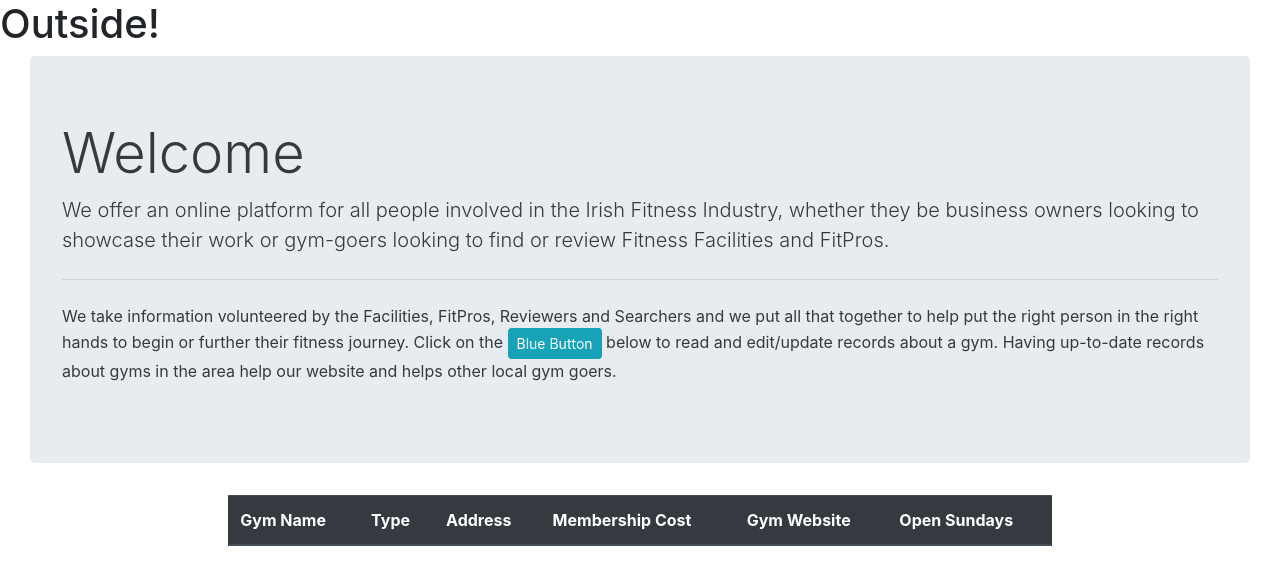
Repository: cgaynor91/Working_It_Out
Page: http://localhost/
The author's editor kept a record of every edit. The page is drawn from the files as they stood at one moment, then again after a run of edits.
The browser window is 1280 px wide. The pictures show the whole page.
Some web libraries are served in a nearby version. The page is served by the project's application, run on Flask 3 (app.py). Queries for data that is not in the repository find no rows.

Above is the page before.

### templates/home.html
{% extends 'base.html'%} {% block content %}

<div class="container-fluid">

 <div class="row-welcome justify-content-center">
  <div class="col-12 text-dark">
   <div class="jumbotron">
    <h1 class="display-4">Welcome</h1>
    <p class="lead">We offer an online platform for all people involved in the Irish Fitness Industry, whether they be business owners looking to showcase their work or gym-goers looking to find or review Fitness Facilities and FitPros.</p>
    <hr class="my-4">
    <p>We take information volunteered by the Facilities, FitPros, Reviewers and Searchers and we put all that together to help put the right person in the right hands to begin or further their fitness journey. Click on the <button type="button" class="btn btn-info btn-sm">Blue Button</button>     below to read and edit/update records about a gym. Having up-to-date records about gyms in the area help our website and helps other local gym goers.</p>
   </div>
  </div>
 </div>



 <!-- Table of gym Data -->
 <div class="row justify-content-center">
  <div class="col-12 col-md-8 table-responsive table-data">
   <table class="table table-hover">
    <thead class="thead-dark">
     <tr>
      <th scope="col">Gym Name</th>
      <th scope="col">Type</th>
      <th scope="col">Address</th>
      <th scope="col">Membership Cost</th>
      <th scope="col">Gym Website</th>
      <th scope="col">Open Sundays</th>
     </tr>
    </thead>
    <tbody>

     {% for gym in gyms %}
     <tr>
      <td><a class="btn btn-info btn-sm" href="{{url_for('edit_gym', gym_id=gym._id)}}" role="button">{{gym.gym_name}}</a></td>
      <td>{{gym.gym_type}}</td>
      <td>{{gym.gym_address}}</td>
      <td>{{gym.cost}}</td>
      <td>{{gym.gym_url}}</td>
      <td>{{gym.open_sunday}}</td>
     </tr>
     {% endfor %}
    </tbody>
   </table>

  </div>
  {% endblock %}

### templates/base.html
<!DOCTYPE html>
<html>

<head>
    <link rel="stylesheet" href="https://stackpath.bootstrapcdn.com/bootstrap/4.4.1/css/bootstrap.min.css">
    <link rel="stylesheet" href="https://cdnjs.cloudflare.com/ajax/libs/font-awesome/5.12.0/css/all.min.css"/>
</head>

<body>
    <h1>Outside!</h1>
    {% block content %} {% endblock %}



    <script src="https://code.jquery.com/jquery-3.4.1.slim.min.js"></script>
    <script src="https://cdn.jsdelivr.net/npm/popper.js@1.16.0/dist/umd/popper.min.js"></script>
    <script src="https://stackpath.bootstrapcdn.com/bootstrap/4.4.1/js/bootstrap.min.js"></script>
</body>

</html>

### app.py
import os
from flask import Flask, render_template, redirect, request, url_for
from flask_pymongo import PyMongo
from bson.objectid import ObjectId

app = Flask(__name__)
app.config["MONGO_DBNAME"] = 'working_it_out'
app.config["MONGO_URI"] = os.getenv('MONGO_URI', 'mongodb+srv://root:adminpass@myfirstcluster-ikccs.mongodb.net/working_it_out?retryWrites=true&w=majority')

mongo = PyMongo(app)


@app.route('/')
@app.route('/get_gyms')
def get_gyms():
    return render_template("home.html", gyms=mongo.db.gyms.find())

@app.route("/about")
def about():
    return render_template("about.html")

# ADD_RIVER page:

@app.route("/add_new_gym")
def add_new_gym():
    return render_template("add_gym.html")

# This function POSTs the input data from the user, to the database:

@app.route("/insert_gym", methods=['POST'])
def insert_gym():
    river = mongo.db.gyms
    river.insert_one(request.form.to_dict())
    return redirect(url_for('get_gym_names'))


# Allows user to update information about a gym

@app.route("/edit_gym/<gym_id>")
def edit_gym(gym_id):
    the_gym = mongo.db.gyms.find_one({"_id": ObjectId(gym_id)})
    return render_template("update_gym.html", gym=the_gym)



if __name__ == '__main__':
    app.run(host=os.environ.get('IP'),
            port=int(os.environ.get('PORT')),
            debug=True)

After the next 4 edits:
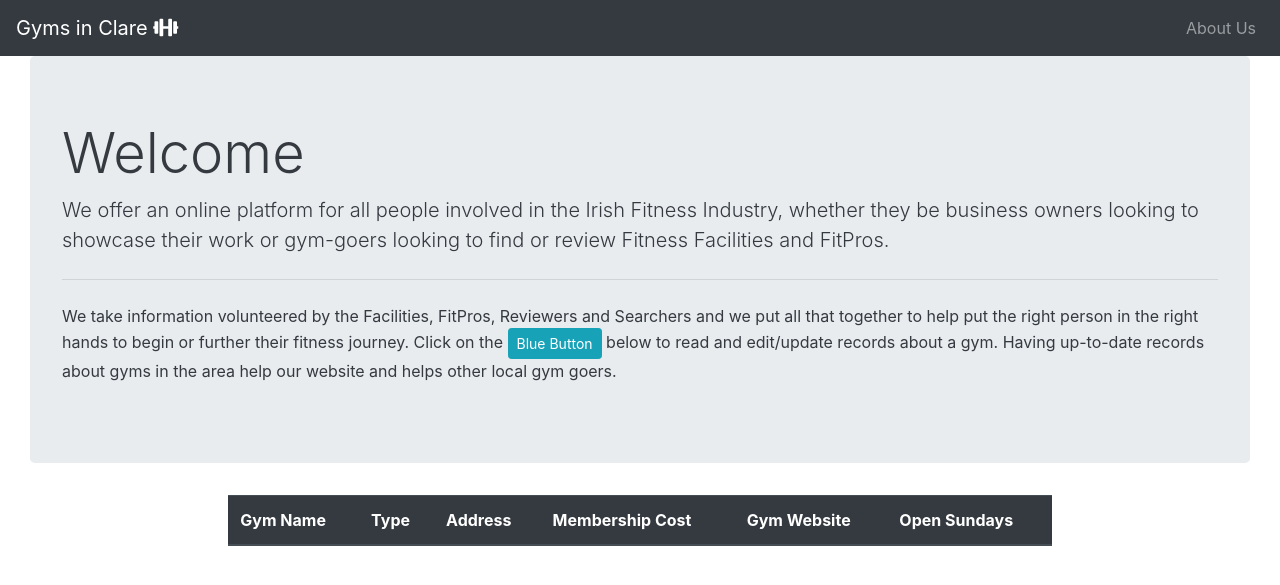
The 4 edits are shown as one change because 3 did not build or start.
The edit:
--- a/templates/base.html
+++ b/templates/base.html
@@ -3,11 +3,25 @@
 
 <head>
     <link rel="stylesheet" href="https://stackpath.bootstrapcdn.com/bootstrap/4.4.1/css/bootstrap.min.css">
-    <link rel="stylesheet" href="https://cdnjs.cloudflare.com/ajax/libs/font-awesome/5.12.0/css/all.min.css"/>
+    <link rel="stylesheet" href="https://cdnjs.cloudflare.com/ajax/libs/font-awesome/5.12.0/css/all.min.css" />
 </head>
 
 <body>
-    <h1>Outside!</h1>
+<!-- Navbar taken from Bootstrap -->
+    <nav class="navbar navbar-expand-md navbar-dark bg-dark home-logo-text">
+        <a class="navbar-brand" href="{{url_for('get_gyms')}}">Gyms in Clare <i
+                    class="fas fa-dumbbell"></i></a>
+        <button class="navbar-toggler" type="button" data-toggle="collapse" data-target="#navbarNavAltMarkup" aria-controls="navbarNavAltMarkup" aria-expanded="false" aria-label="Toggle navigation">
+                <span class="navbar-toggler-icon"></span>
+            </button>
+        <div class="collapse navbar-collapse" id="navbarNavAltMarkup">
+            <div class="navbar-nav ml-auto">
+                <a class="nav-item nav-link" href="{{url_for('about')}}">About Us</a>
+
+            </div>
+        </div>
+    </nav>
+
     {% block content %} {% endblock %}
 
 
